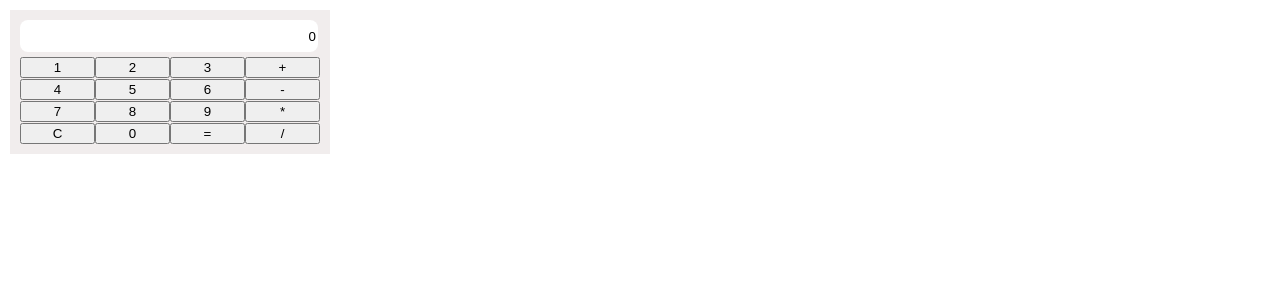
Repository: qudos4real/calculator
Page: /
The author's editor kept a copy of each file at every save. The page is drawn from the files as they stood at one save, then again after the next save.
The browser window is 1280 px wide. The pictures show the whole page.
The project was rebuilt for these pictures with package versions that can differ from the ones it lists, and the page was loaded fresh each time.

Above is the page before, as saved 2022-10-09 13:16:23.

After the next save:
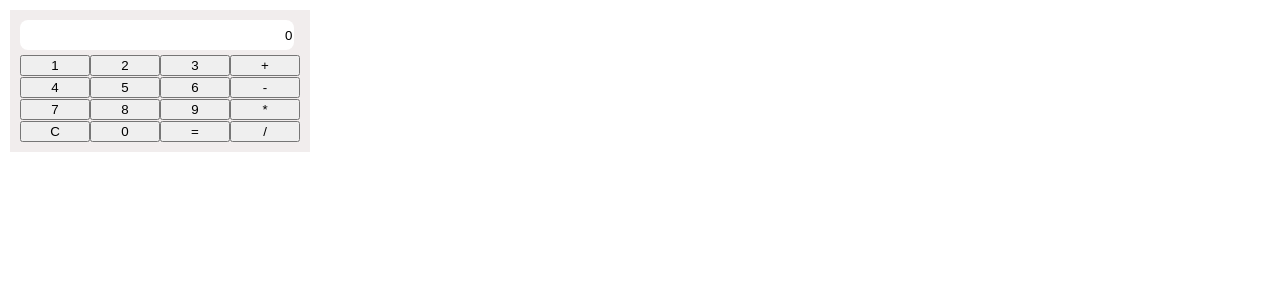
Saved 4 min 2 s later.
--- a/src/components/Calculator.css
+++ b/src/components/Calculator.css
@@ -1,3 +1,6 @@
+* {
+    box-sizing: border-box;
+}
 .buttonWrapper {
     width: 300px;
     padding: 10px;
